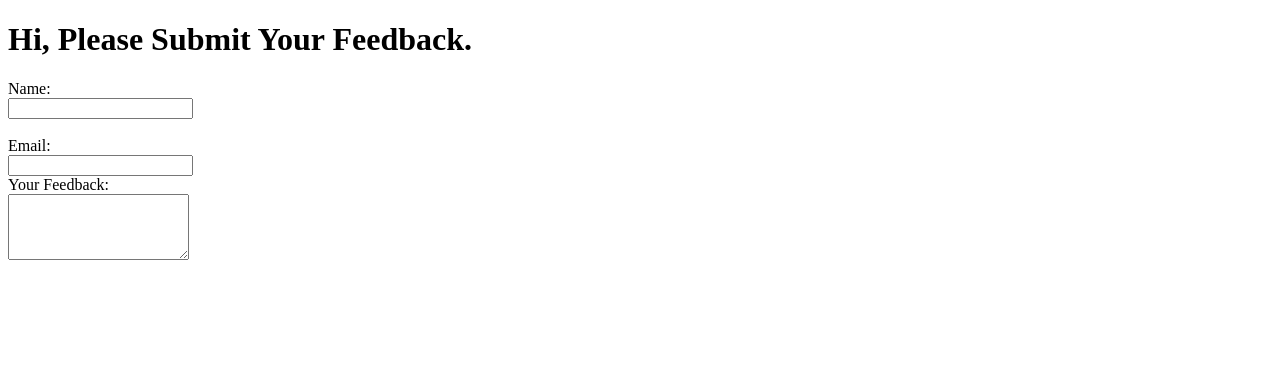
Repository: anik3395/JavaServletProjects
Page: eclipse-workspace/FeedbackCollectionSystem/src/main/webapp/feedback_form.html
An editor plug-in stored every save of this project. The page is shown before and after the next save, followed by the edit.
The browser window is 1280 px wide. The pictures show the whole page.

Above is the page before, as saved 2024-10-23 05:53:11.

After the next save:
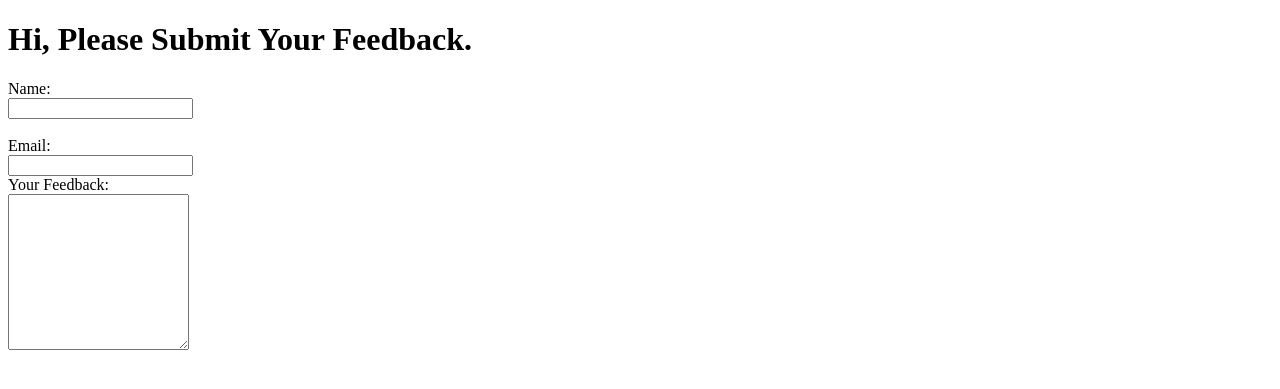
Saved 16 s later.
--- a/eclipse-workspace/FeedbackCollectionSystem/src/main/webapp/feedback_form.html
+++ b/eclipse-workspace/FeedbackCollectionSystem/src/main/webapp/feedback_form.html
@@ -16,7 +16,7 @@
 <input type="email"  name="email" required><br>
 
 <label for="feedback">Your Feedback:</label><br>
-<textarea  name="feedback" rows="4" required></textarea><br>
+<textarea  name="feedback" rows="10" required></textarea><br>
 
 </form>
 
